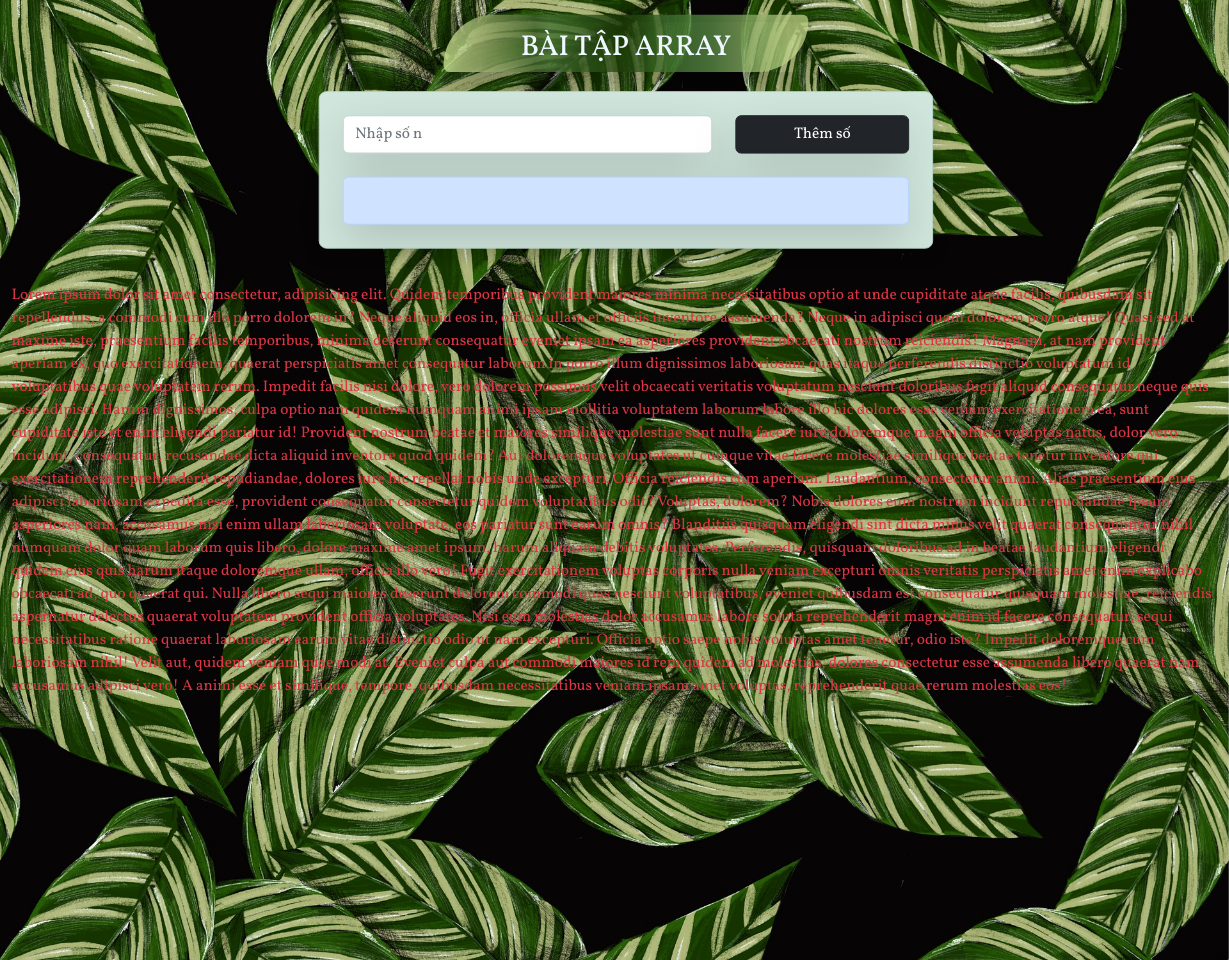
Repository: hcozyph/TranHuuPhuoc_BC43_BT_JS_Buoi7_8_ARRAY
Page: index.html
These files come from the project's save history. The page is drawn as it stood at one moment and after the next save; the edit follows.
The browser window is 1280 px wide. The pictures show the whole page, at 96% of full size.

Above is the page before, as saved 2023-02-20 22:59:39.

After the next save:
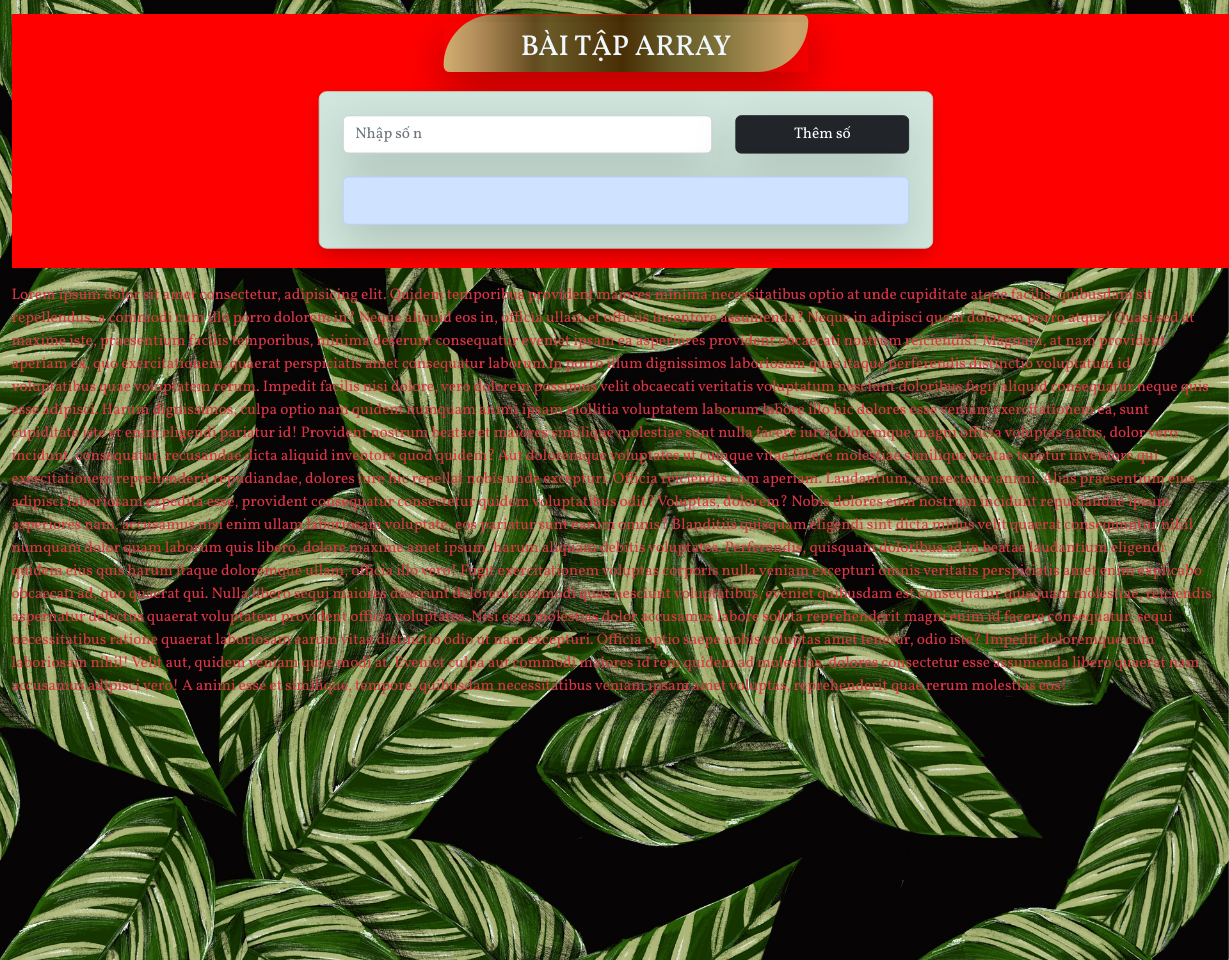
Saved 11 s later.
--- a/css/index.css
+++ b/css/index.css
@@ -50,7 +50,8 @@
     position: fixed;
     width: 100%;
     overflow: hidden;
-    background-color: reds;
+    background-color: red;
+    margin-top: 0;
 }
 
 .bt-array-content {
